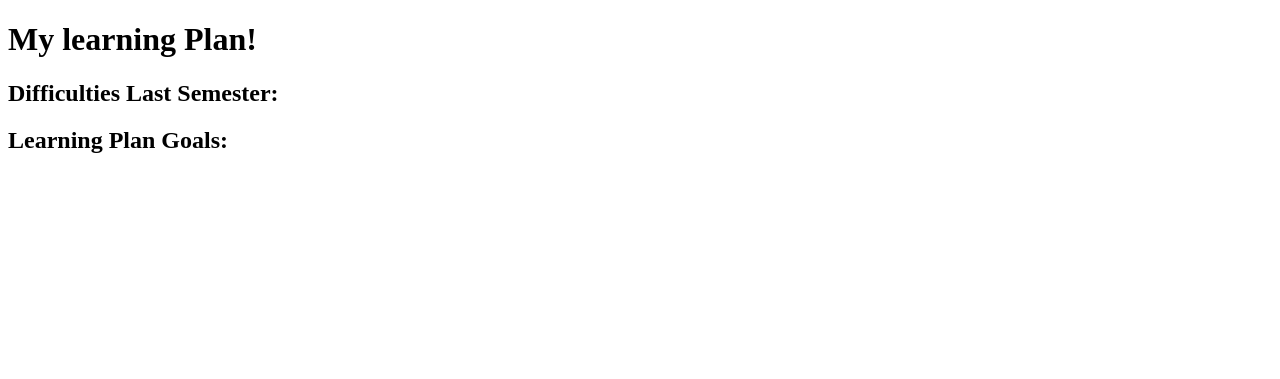
Repository: awollf/mdia-2109
Page: learning-plan.html
The author's editor kept a copy of each file at every save. The page is drawn from the files as they stood at one save, then again after the next save.
The browser window is 1280 px wide. The pictures show the whole page.

Above is the page before, as saved 2026-01-26 11:52:05.

### learning-plan.html
<!DOCTYPE html>
<html lang="en">
<head>
    <meta charset="UTF-8">
    <meta name="viewport" content="width=device-width, initial-scale=1.0">
    <title>Learning Plan</title>
</head>
<body>
    <h1>My learning Plan!</h1>

    <h2>Difficulties Last Semester:</h2>
    <p></p>

    <h2>Learning Plan Goals:</h2>
    <p></p>

</body>
</html>

After the next save:
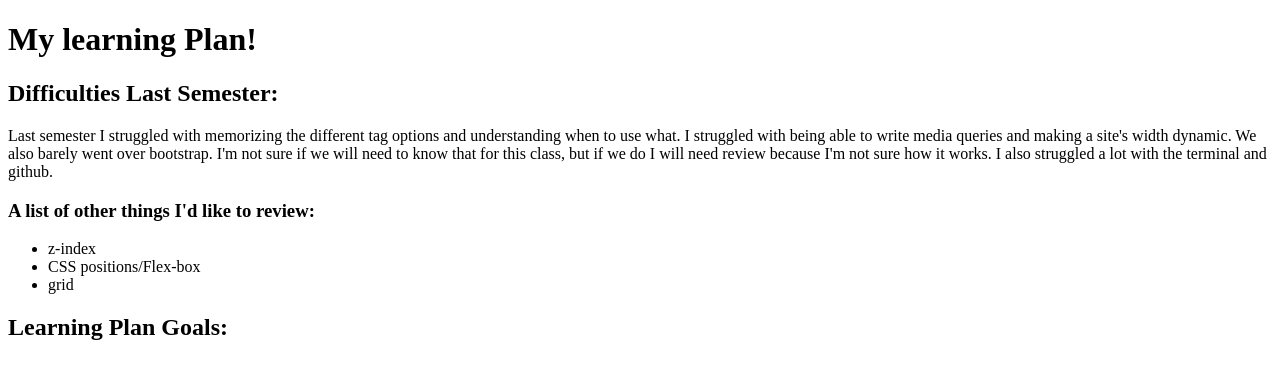
Saved 2 min 38 s later.
--- a/learning-plan.html
+++ b/learning-plan.html
@@ -9,7 +9,18 @@
     <h1>My learning Plan!</h1>
 
     <h2>Difficulties Last Semester:</h2>
-    <p></p>
+    <p>Last semester I struggled with memorizing the different tag options and understanding when to use what.
+        I struggled with being able to write media queries and making a site's width dynamic.
+        We also barely went over bootstrap. I'm not sure if we will need to know that for this class, but if we do
+        I will need review because I'm not sure how it works. I also struggled a lot with the terminal and github.
+    </p>
+
+    <h3>A list of other things I'd like to review:</h3>
+    <ul>
+        <li>z-index</li>
+        <li>CSS positions/Flex-box</li>
+        <li>grid</li>
+    </ul>
 
     <h2>Learning Plan Goals:</h2>
     <p></p>
